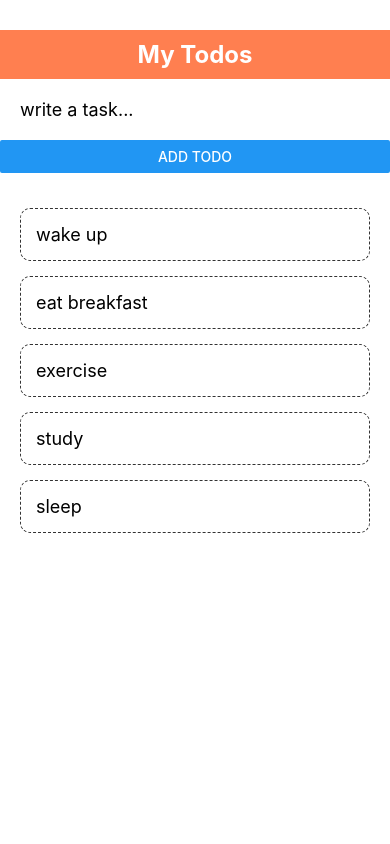
Repository: shiv0403/React-native-tutorial
Screen: /
These files come from the project's save history. The screen is drawn as it stood at one moment and after a run of saves; the edit follows.
The app was drawn by React Native's web renderer in a window 390 px wide. The project was rebuilt for these pictures with package versions that can differ from the ones it lists, and the page was loaded fresh each time.

Above is the screen before, as saved 2021-02-11 09:46:41.

After the next 2 saves:
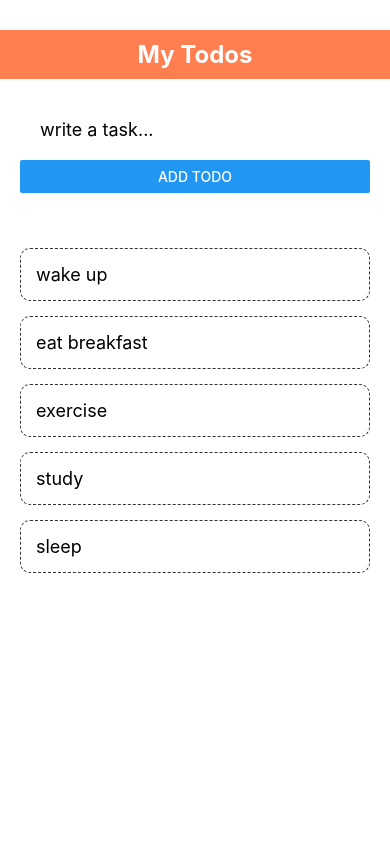
The 2 saves are shown as one change because they came seconds apart.
The last was saved 7 s later.
--- a/components/AddTodo.js
+++ b/components/AddTodo.js
@@ -17,7 +17,9 @@ export default function AddTodo() {
 }
 
 const styles = StyleSheet.create({
-  addTodo: {},
+  addTodo: {
+    margin: 20,
+  },
   input: {
     width: 200,
     fontSize: 18,
